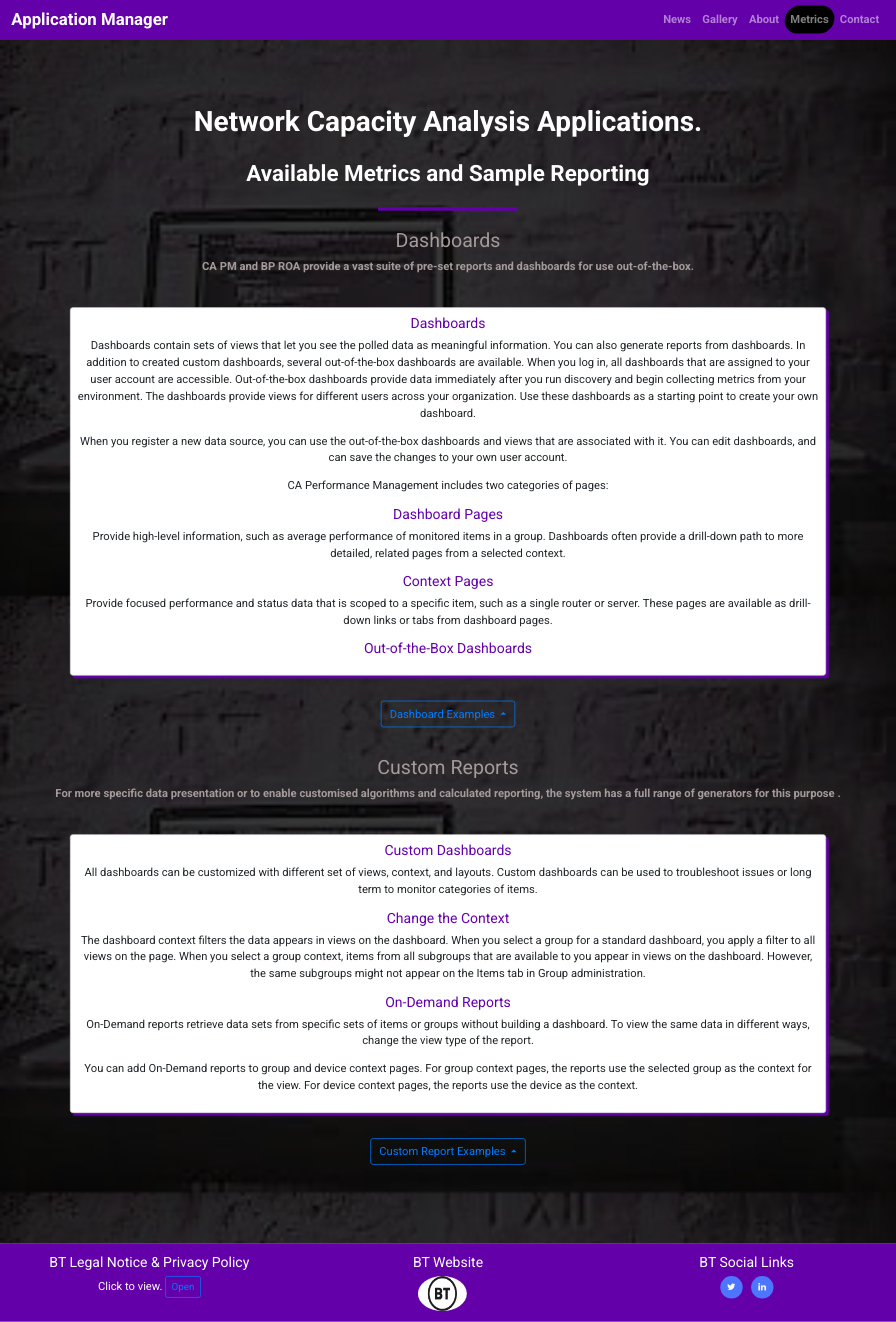
Repository: Mofarrell1967/Application-Manager
Page: metrics.html
The author's editor kept a record of every edit. The page is drawn from the files as they stood at one moment, then again after the next edit.
The browser window is 1280 px wide. The pictures show the whole page, at 70% of full size.
Backgrounds fixed to the window are drawn as part of the page. Some web libraries are served in a nearby version.

Above is the page before.

After the next edit:
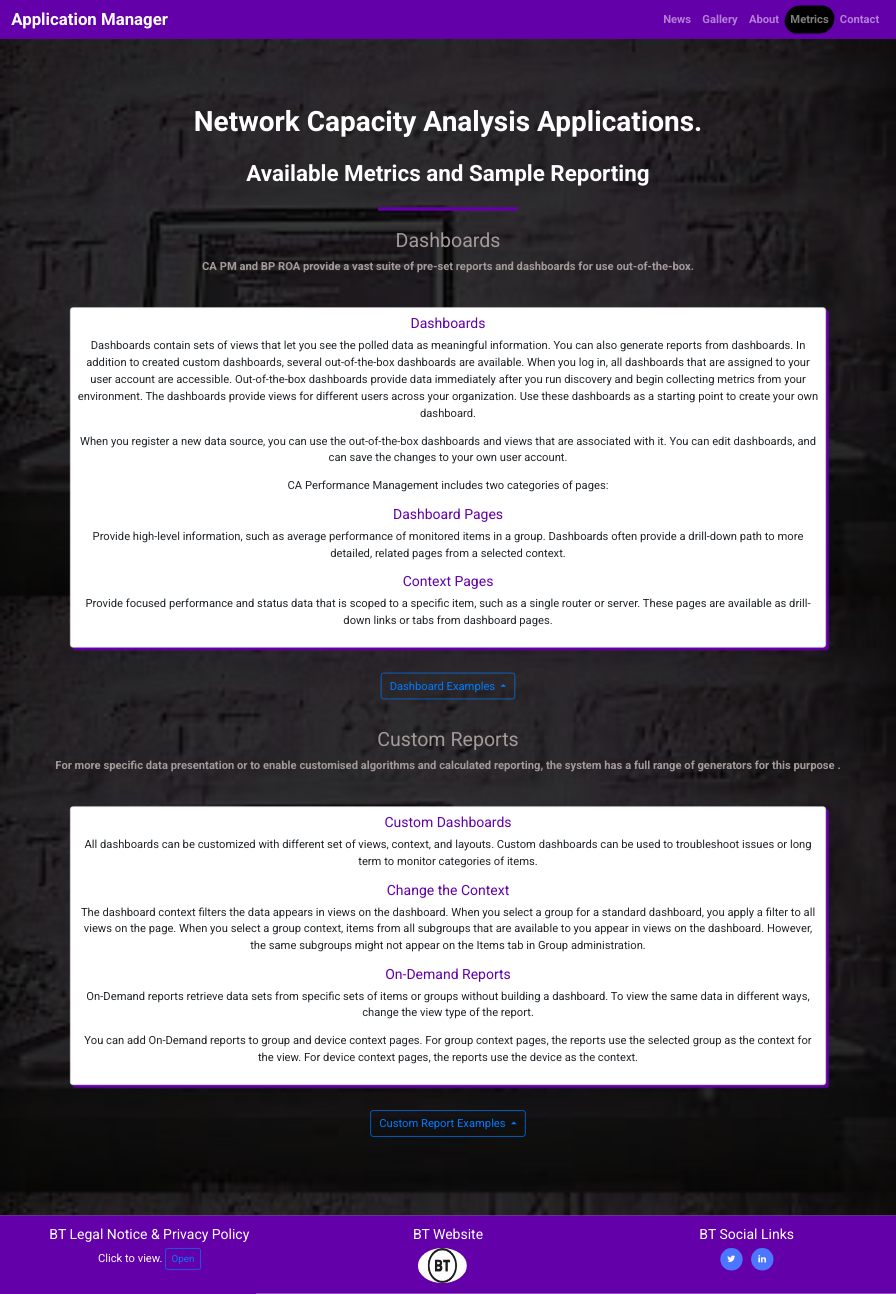
The edit:
--- a/metrics.html
+++ b/metrics.html
@@ -70,9 +70,7 @@
                                 <p>Provide high-level information, such as average performance of monitored items in a group. Dashboards often provide a drill-down path to more detailed, related pages from a selected context.</p>
                                 <h5>Context Pages</h5>
                                 <p>Provide focused performance and status data that is scoped to a specific item, such as a single router or server. These pages are available as drill-down links or tabs from dashboard pages.</p>
-                                <h5> Out-of-the-Box Dashboards</h5>
-                                <p></p>
-                            </div>
+                                </div>
                         </div>
                     </section>
 
